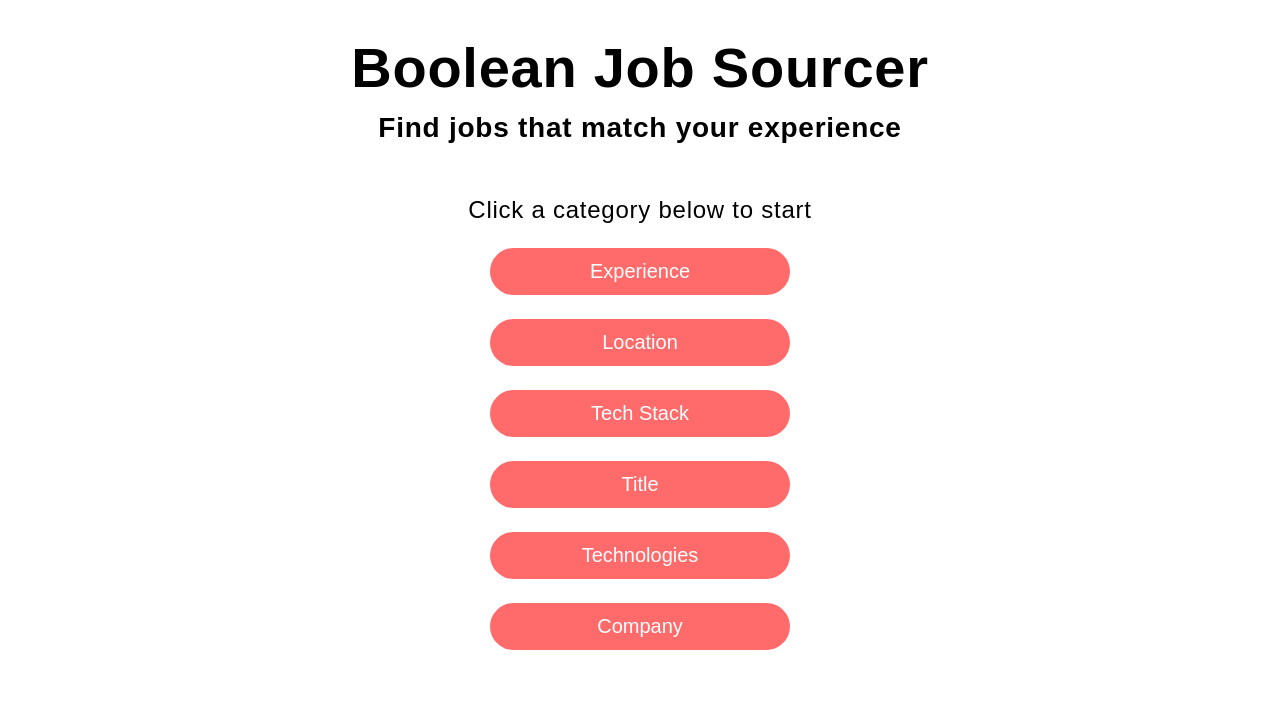
Repository: Rthompson2548/boolean-job-searcher
Page: /, after clicking the first element matching `button.start-btn`
An editor plug-in stored every save of this project. The page is shown before and after a run of saves, followed by the edit.
The browser window is 1280 px wide. The pictures show the whole page.
The project was rebuilt for these pictures with package versions that can differ from the ones it lists, and the page was loaded fresh each time.

Above is the page before, as saved 2022-03-26 11:33:00.

### public/index.html
<!DOCTYPE html>
<html lang="en">
  <head>
    <meta charset="utf-8" />
    <link rel="icon" href="%PUBLIC_URL%/favicon.ico" />
    <meta name="viewport" content="width=device-width, initial-scale=1" />
    <meta name="theme-color" content="#000000" />
    <meta
      name="description"
      content="Web site created using create-react-app"
    />
    <link rel="preconnect" href="https://fonts.googleapis.com">
    <link rel="preconnect" href="https://fonts.gstatic.com" crossorigin>
    <link href="https://fonts.googleapis.com/css2?family=Inconsolata&family=League+Spartan&display=swap" rel="stylesheet">

    <title>React App</title>
  </head>
  <body>
    <noscript>You need to enable JavaScript to run this app.</noscript>
    <div id="root"></div>
    <!--
      This HTML file is a template.
      If you open it directly in the browser, you will see an empty page.

      You can add webfonts, meta tags, or analytics to this file.
      The build step will place the bundled scripts into the <body> tag.

      To begin the development, run `npm start` or `yarn start`.
      To create a production bundle, use `npm run build` or `yarn build`.
    -->
  </body>
</html>

### src/App.js
import "./styles.css";
// import { CopyToClipboard } from "react-copy-to-clipboard";
import React, { useState, useEffect, useRef } from "react";

export default function App() {
  let searchCategories = [
    "Experience",
    "Location",
    "Tech Stack",
    "Title",
    "Technologies",
    "Company"
  ];

  let defaultCategories = [
    {
      id: 1,
      name: "Experience",
      placeholders: ["Junior", "Entry", "Grad", "Student"]
    },
    {
      id: 2,
      name: "Location",
      placeholders: ["Junior", "Entry", "Grad", "Student"]
    },
    {
      id: 3,
      name: "End",
      placeholders: ["Junior", "Entry", "Grad", "Student"]
    },
    {
      id: 4,
      name: "Title",
      placeholders: ["Junior", "Entry", "Grad", "Student"]
    },
    {
      id: 5,
      name: "Technologies",
      placeholders: ["Junior", "Entry", "Grad", "Student"]
    },
    {
      id: 6,
      name: "Company Name",
      placeholders: ["Junior", "Entry", "Grad", "Student"]
    }
  ];

  const [copyString, setCopyString] = useState("");
  const [addCategory, setAddCategory] = useState(false);
  const [addCategoryBtnText, setAddCategoryBtnText] = useState(
    "Start my boolean search"
  );
  const [category, setCategory] = useState("");
  const [categoryChosen, setCategoryChosen] = useState(false);
  const [categoryOptions, setCategoryOptions] = useState(false);
  const [showCategoryForm, setShowCategoryForm] = useState(false);
  const [showNewCategoryButton, setShowNewCategoryButton] = useState(true);
  const [showName, setShowName] = useState(false);
  const [showForm, setShowForm] = useState(false);
  const [showAddWordBtn, setShowAddWordBtn] = useState(false);
  const [word, setWord] = useState("");
  const [list, setList] = useState([]);
  const [show, setShow] = useState(false);
  const [finishBtn, setFinishBtn] = useState(false);
  const [finished, setFinished] = useState(false);
  const [result, setResult] = useState([]);
  const [doneWarning, setDoneWarning] = useState(false);
  const [goodbyeMessage, setGoodbyeMessage] = useState(false);

  const handleNewCategory = () => {
    setCategory("");
    setAddCategoryBtnText("Add a category");
    setShowNewCategoryButton(false);
    setFinishBtn(false);
    setCategoryOptions(true);
    setCategoryChosen(false);
  };

  const handleCustomCategory = () => {
    setShowCategoryForm(true);
    setCategoryOptions(false);
  };

  const handleCategoryNameChange = (event) => {
    setCategory(event.target.value);
  };

  const submitCategory = () => {
    setAddCategory(false);
    setShowName(true);
    setShowNewCategoryButton(false);
    setShowAddWordBtn(true);
    setShowForm(true);
    setShowCategoryForm(false);
  };

  const handleAddWord = () => {
    setShowForm(true);
    setCategoryOptions(false);
    setCategoryChosen(true);
  };

  const handleCategoryClick = (event) => {
    setCategory(event.target.value);
    setCategoryChosen(true);
  };

  const handleWordChange = (event) => {
    setWord(event.target.value);
  };

  const [noLetters, setNoLetters] = useState(false);

  const submitAsteriskWord = () => {
    if (word.length <= 1) {
      setNoLetters(true);
    } else {
      setList((prevList) => [...prevList, `"${word}*"`]);
      setWord("");
      setShow(true);
      console.log(word);
    }
  };

  const submitWord = () => {
    if (word.length <= 1) {
      setNoLetters(true);
    } else {
      setList((prevList) => [...prevList, `"${word}"`]);
      setWord("");
      setShow(true);
      console.log(word);
    }
  };

  useEffect(() => {
    setCategory(category);
  }, [category]);

  let booleanString = `(${list.join(" OR ")})`;

  const handleSubmitCategoryWords = () => {
    setShowNewCategoryButton(true);
    setShow(false);
    setShowName(false);
    setShowForm(false);
    setFinishBtn(true);
    setResult((previousResult) => [...previousResult, booleanString]);
    console.log(result.join(" AND "));
    console.log(`list: ${list}`);
    setList([]);
    console.log(`list: ${list}`);
    setCopyString(result.join(" AND "));
  };

  const handleGenerateString = () => {
    setFinished(true);
    setFinishBtn(false);
    setShowNewCategoryButton(false);
    setDoneWarning(false);
    // setGoodbyeMessage(true);
  };

  const handleDone = () => {
    setDoneWarning(true);
    setFinished(false);
  };

  const handleConfirmFinished = () => {
    setDoneWarning(false);
    setGoodbyeMessage(true);
    setShow(false);
    setFinished(false);
  };

  return (
    <div className="App">
      <div className="header">
        <h1 className="app-title">Boolean Job Sourcer</h1>
        <h3>Find jobs that match your experience</h3>
      </div>

      {/* <h4>Generate boolean strings to find jobs that match your experience</h4> */}

      {categoryOptions === true && (
        <div>
          <div>
            <p className="pick-a-category-txt">Click a category below to start</p>
            {/* <br /> */}

            {/* iterates through array of category names and returns a button for each */}
            <div className="category-btns">
              {searchCategories.map((value, i) => (
                <button
                  id="category-btn"
                  className="category-btn"
                  key={i}
                  value={searchCategories[i]}
                  onClick={handleCategoryClick}
                >
                  {value}
                </button>
              ))}

              {/* displays the category name form on click */}
              {/* <button onClick={handleCustomCategory}>Other</button> */}
              <br />
            </div>

            {categoryChosen === true && (
              <button className="continue-btn" onClick={handleAddWord}>
                Continue
              </button>
            )}

            {/* <br /> */}
          </div>
        </div>
      )}

      {showCategoryForm === true && (
        <div>
          <label>Enter a custom category name</label>
          <input
            placeholder="Enter category name"
            onChange={handleCategoryNameChange}
            value={category}
          />
          {/* <br /> */}
          <button onClick={submitCategory}>Submit</button>
        </div>
      )}

      {showForm === true && (
        <div className="keyword-form">
          <h2>{category}</h2>

          <div className="keyword-form-info">
            <div>
              <label>Enter 1 or more keywords</label>
            </div>
            <input
              placeholder="Enter two or more letters..."
              value={word}
              onChange={handleWordChange}
            />
          </div>

          <div className="keyword-btns">
            <button onClick={submitWord}>Include exact keyword</button>
            <button onClick={submitAsteriskWord}>
              Include similar keywords
            </button>
          </div>
        </div>
      )}

      {show === true && (
        <div className="keyword-string">
          {/* <h3>Keywords:</h3> */}
          <h4>{booleanString}</h4>
        </div>
      )}

      {showForm === true && (
        <div>
          {/* <br /> */}
          <button className="continue-btn" onClick={handleSubmitCategoryWords}>
            Continue
          </button>
        </div>
      )}

      {showNewCategoryButton === true && (
        <div>
          <button className="start-btn" onClick={handleNewCategory}>
            {addCategoryBtnText}
          </button>
        </div>
      )}

      {finishBtn === true && (
        <div>
          <button className="done-btn" onClick={handleGenerateString}>
            Submit
          </button>
          {/*
          <CopyToClipboard text={copyString}>
            <button>Copy</button>;
          </CopyToClipboard> */}
        </div>
      )}

      {finished === true && (
        <div className="boolean-string">
          {/* <p>Your boolean string:</p> */}
          <p value={copyString}>{result.join(" AND ")}</p>
          <button className="done-btn" onClick={handleDone}>
            Done
          </button>
        </div>
      )}

      {doneWarning === true && (
        <div className="boolean-string">
          <p>Are you sure? This cannot be undone</p>
          <button className="done-btn" onClick={handleConfirmFinished}>
            Yes, I am done
          </button>
        </div>
      )}

      {goodbyeMessage === true && (
        <div className="goodye-msg boolean-string">
          <p>Goodbye!</p>
          {/* <p value={copyString}>{result.join(" AND ")}</p> */}
          <button
            className="home-btn"
            onClick={() => window.location.reload(false)}
          >
            Home
          </button>
        </div>
      )}
    </div>
  );
}

### src/styles.css
* {
  margin: 0;
  padding: 0;
  background-color: #fff;
  color: #000;
  /* padding: 18px 0; */
}

.App {
  font-family: sans-serif;
  text-align: center;
  letter-spacing: 0.75px;
}

.header {
  line-height: 2rem;
  letter-spacing: 0.75px;
  padding: 52px 0;
}

img {
  width: 250px;
  height: auto;
}

button {
  padding: 12px 42px;
  width: 300px;
  border-radius: 30px;
  background-color: #fff;
  color: #000;
  border: none;
  margin: 24px 0 0 0;
  font-size: 20px;
}

.app-title {
  margin-bottom: 28px;
  font-size: 56px;
}

.header h3 {
  font-size: 28px;
}

.start-btn {
  background-color: #6bcb77;
  color: #fff;
  font-size: 22px;
  vertical-align: middle;
  width: 400px;
  padding: 20px 0;
  margin-top: 10%;
}

.pick-a-category-txt {
  font-size: 24px;
  mar
}

input {
  background-color: #fff;
  font-size: 16px;
  color: #000;
  /* height: 6px; */
  /* padding: 16px 0 16px 12px; */
  border: 1px solid black;
  border-radius: 10px;
}

.category-btns {
  /* center the element */
  right: 0;
  left: 0;
  margin-right: auto;
  margin-left: auto;
  display: flex;
  flex-direction: column;
  align-items: center;
}

.category-btns button {
  background-color: #ff6b6b;
  color: #fff;
}

.category-buttons button:active,
button:focus {
  /* color: #fff !important;
  background-color: #FFD93D !important; */
}

.category-buttons button:visited:after {
  color: #fff !important;
  background-color: #000 !important;
}

.continue-btn {
  background-color: #4d96ff;
  color: #fff;
}

.keyword-form-info {
  margin-top: 24px;
}

.keyword-form-info input {
  padding: 10px 24px 10px 10px;
  margin-top: 16px;
}

.keyword-btns {
  display: flex;
  justify-content: center;
}

.keyword-btns button {
  background-color: #ff6b6b;
  color: #fff;
  font-size: 14px;
  padding: 10px 23px;
  margin: 16px 12px;
}

.keyword-string {
  padding: 20px;
  font-size: 20px;
  line-height: 2rem;
}

.goodye-msg {
  /* padding-top: 25%; */
  font-size: 42px !important;
}

.goodye-msg button {
  /* background-color: #4D96FF !important; */
  /* vertical-align: middle !important; */
}

.boolean-string {
  font-size: 24px;
  font-weight: bold;
  padding-top: 25%;
}

.boolean-string button {
  background-color: #fa58bc;
  color: #fff;
}

.done-btn {
  background-color: #4d96ff !important;
  color: #fff;
  margin-top: 1.5rem;
}

.home-btn {
  background-color: #6bcb77 !important;
}

Loaded but not shown: src/index.js (common file); src/index.css (no stored copy; drawn as an empty file)

After the next 2 saves:
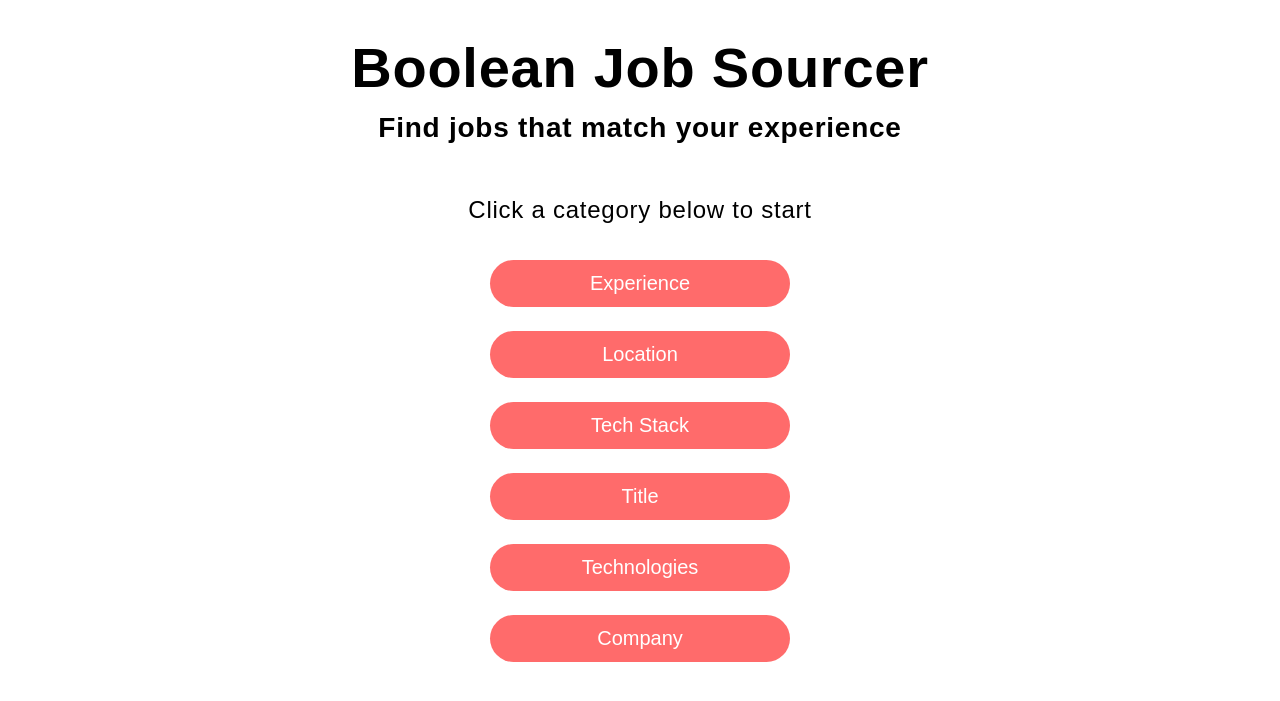
The 2 saves are shown as one change because they came seconds apart.
The last was saved 6 s later.
--- a/src/styles.css
+++ b/src/styles.css
@@ -55,7 +55,7 @@
 
 .pick-a-category-txt {
   font-size: 24px;
-  mar
+  margin-bottom: 12px;
 }
 
 input {
